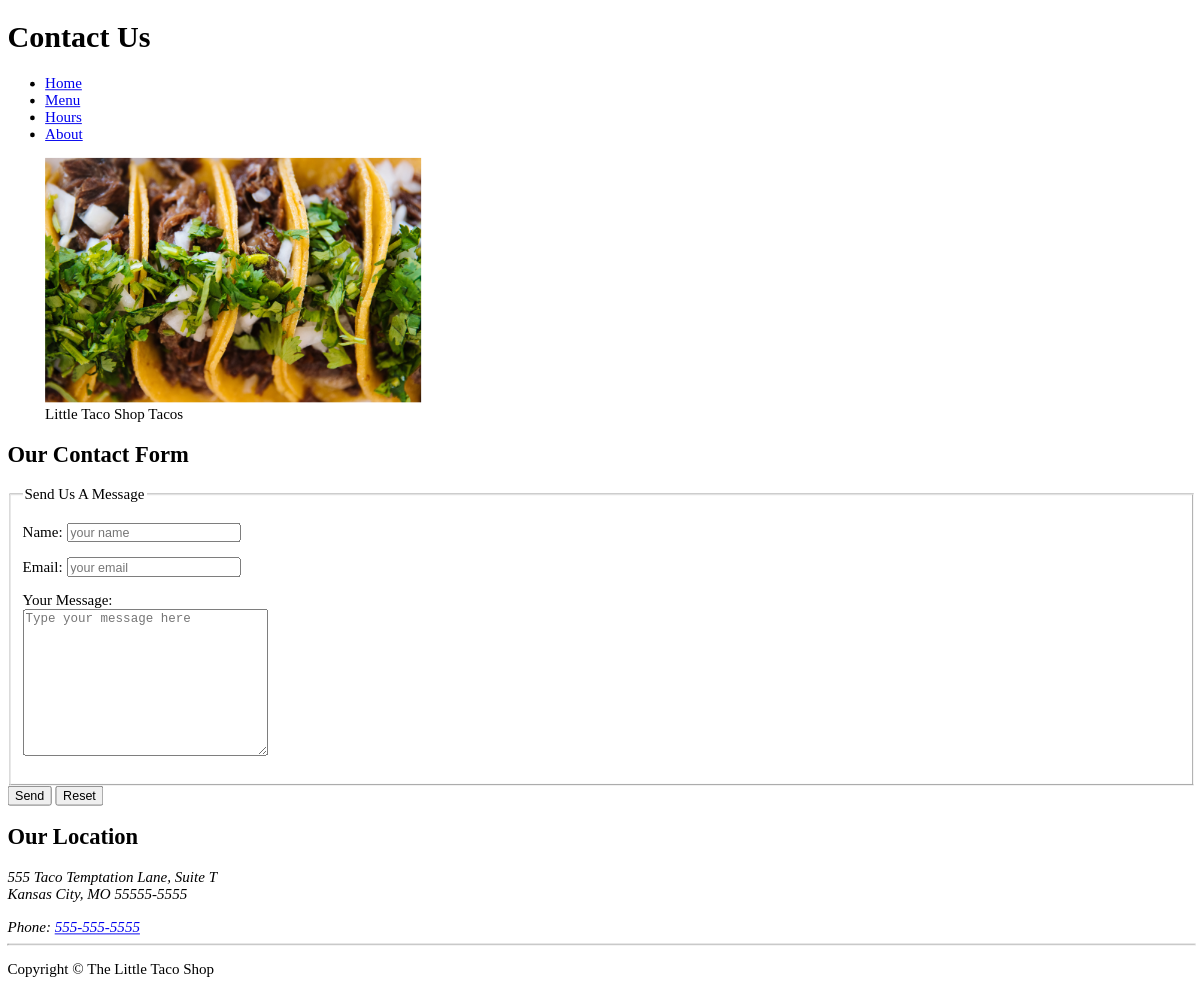
Repository: nabieusuma/Little-taco-shop
Page: contact.html
The author's editor kept a copy of each file at every save. The page is drawn from the files as they stood at one save, then again after the next save.
The browser window is 1280 px wide. The pictures show the whole page, at 94% of full size.

Above is the page before, as saved 2026-05-05 23:46:55.

After the next save:
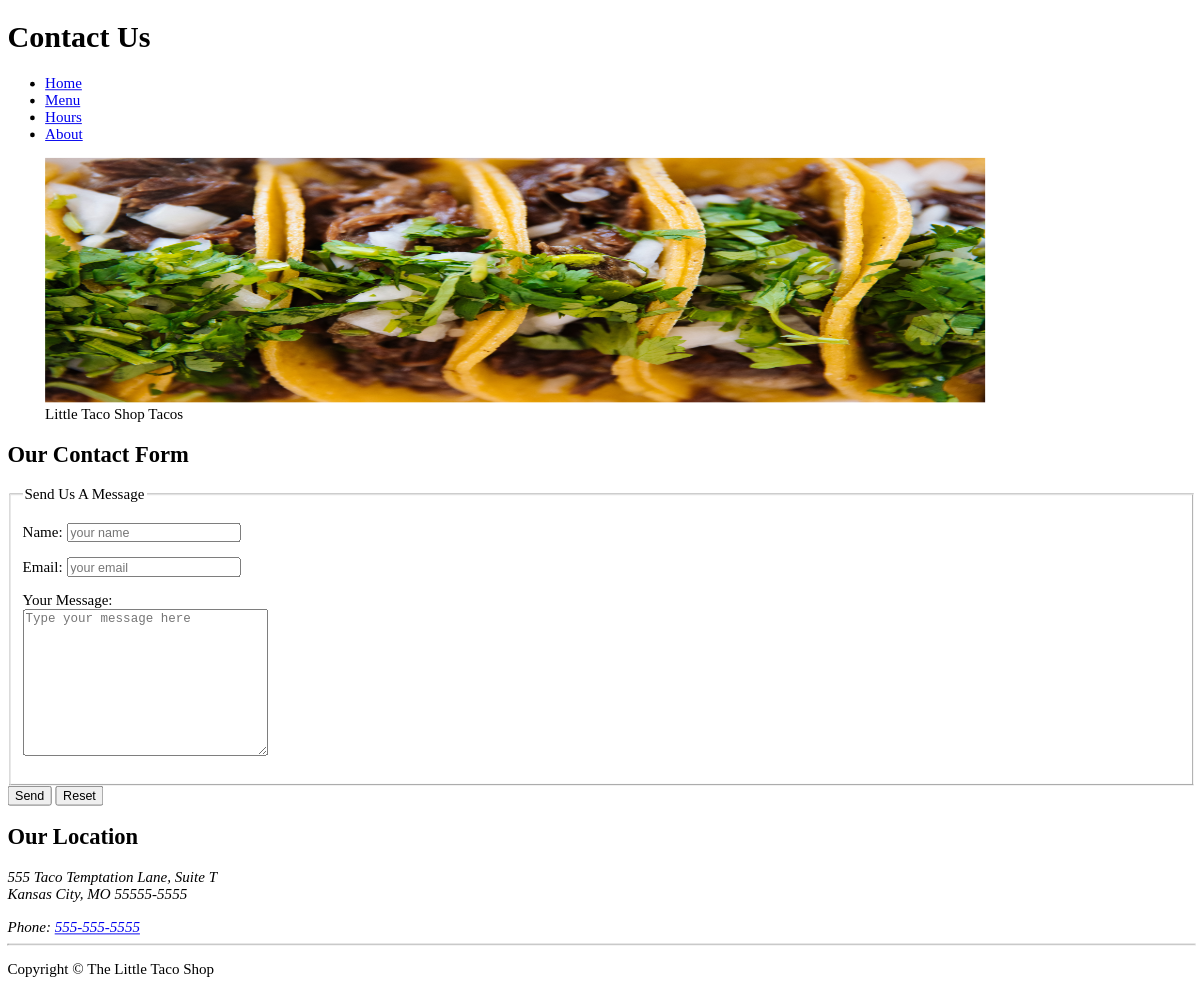
Saved 4 s later.
--- a/contact.html
+++ b/contact.html
@@ -38,7 +38,7 @@
           src="./Images/tacos_close_up_1000x649.png"
           alt="Little Taco Shop Tacos"
           title="Tacos ready to eat!"
-          width="400"
+          width="1000"
           height="260"
         />
         <figcaption>Little Taco Shop Tacos</figcaption>
